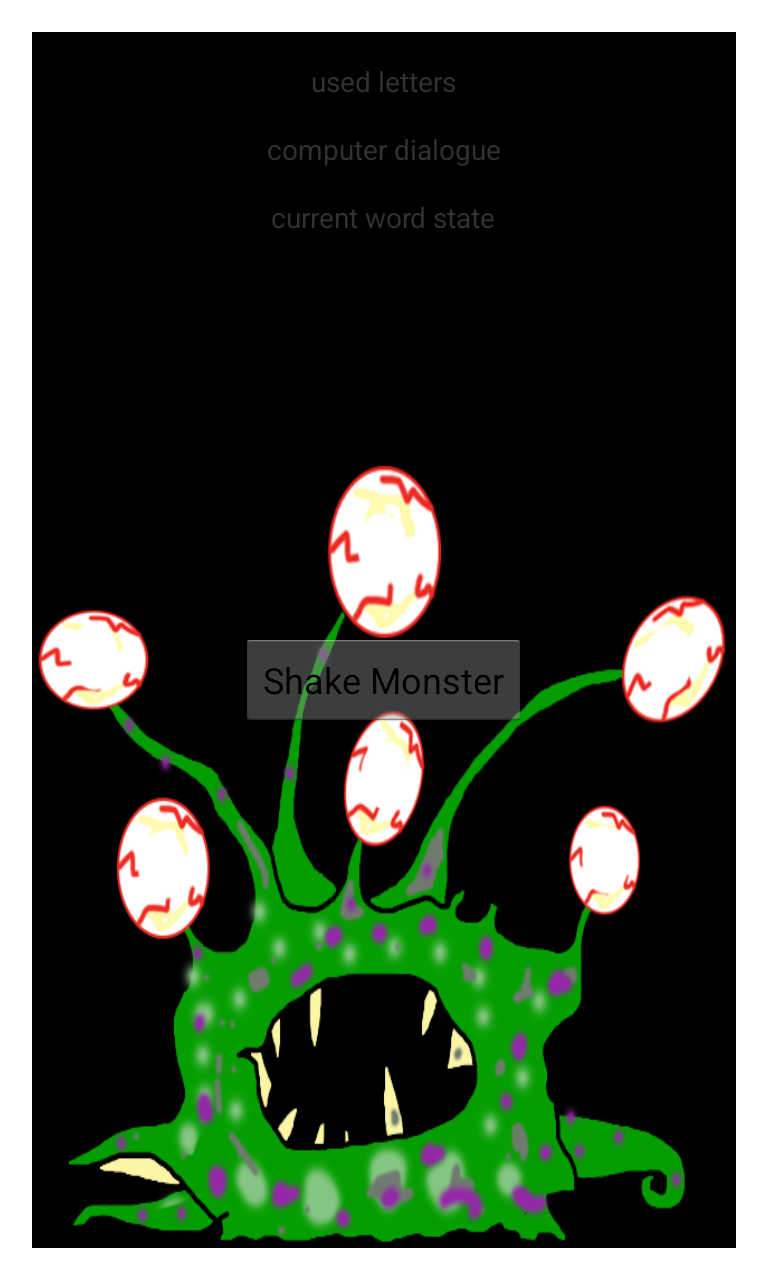
Repository: svandenhout/EvilSpaceMonsterHangman
Layout: evilSpaceMonsterHangman/res/layout/activity_main.xml
The author's editor kept a copy of each file at every save. The layout is drawn from the files as they stood at one save, then again after the next save.
It is drawn on a 768 x 1280 px phone screen (xhdpi) without system bars, with theme AppTheme; the app's code is not run.

Above is the layout before, as saved 2013-12-16 19:37:44.

After the next save:
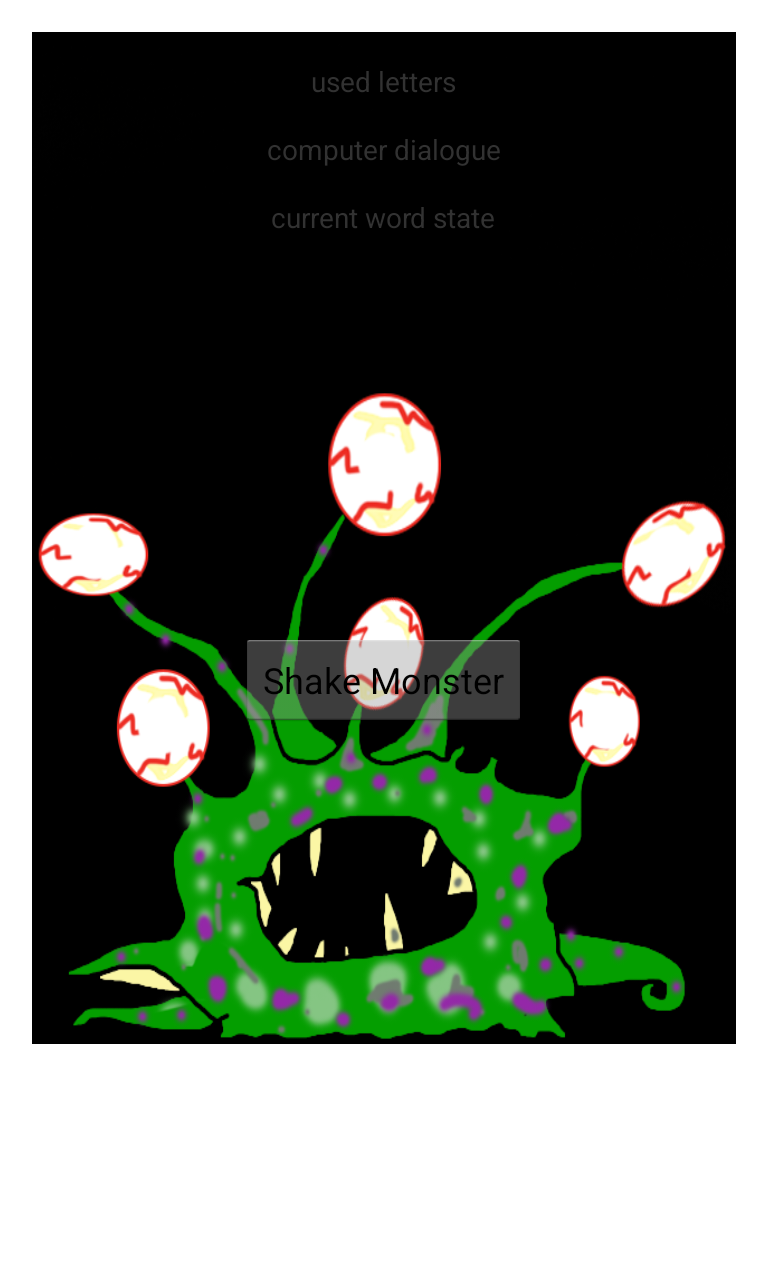
Saved 13 h 36 min later.
--- a/evilSpaceMonsterHangman/res/layout/activity_main.xml
+++ b/evilSpaceMonsterHangman/res/layout/activity_main.xml
@@ -11,8 +11,8 @@
 
     <ImageView
         android:id="@+id/space_monster"
-        android:layout_width="fill_parent"
-        android:layout_height="fill_parent"
+        android:layout_width="wrap_content"
+        android:layout_height="wrap_content"
         android:background="@drawable/spacemonster"/>
 
     <TextView
